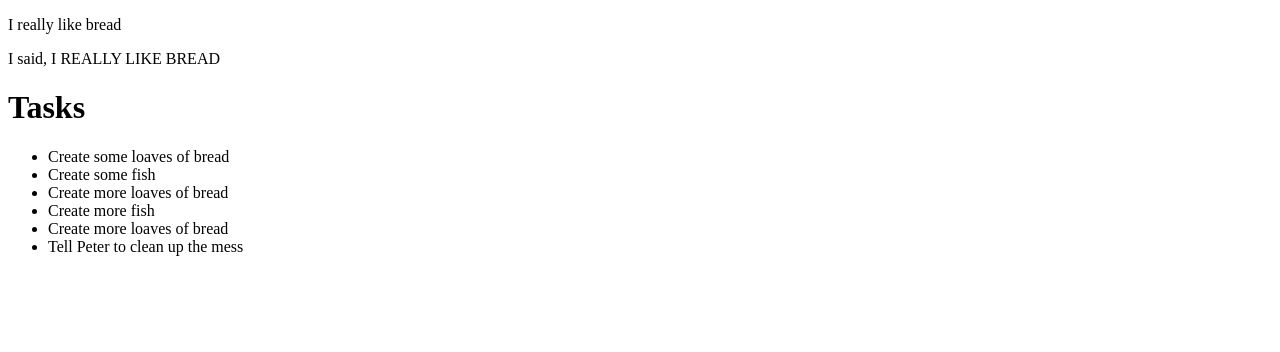
Repository: aedawes/cs260
Page: VueAssignments/lesson4/index.html
An editor plug-in stored every save of this project. The page is shown before and after the next save, followed by the edit.
The browser window is 1280 px wide. The pictures show the whole page.

Above is the page before, as saved 2022-02-24 21:57:56.

### VueAssignments/lesson4/index.html
<!DOCTYPE html>
<html>
    <head>

    </head>
    <body>
        <div id="root">
            <p> {{ message }}</p>
            <p>I said, {{ screaming }}</p>
            <h1>Tasks</h1>
            <ul>
                <li v-for="task in tasks" v-text="task.description"></li>
            </ul>
        </div>
        <script src="https://cdn.jsdelivr.net/npm/vue/dist/vue.js"></script>
        <script text="type/javascript" src="script.js"></script>
    </body>
</html>

### VueAssignments/lesson4/script.js
let app = new Vue({
    // bind it to the #root div in the DOM
    el: "#root",
    // provide data for bindings
    data: {
      message: 'I really like bread',
      tasks: [{
          description: "Create some loaves of bread",
          completed: true
        },
        {
          description: "Create some fish",
          completed: true
        },
        {
          description: "Create more loaves of bread",
          completed: false,
        },
        {
          description: "Create more fish",
          completed: false
        },
        {
          description: "Create more loaves of bread",
          completed: false
        },
        {
          description: "Tell Peter to clean up the mess",
          completed: false
        }
      ]
    },
    computed: {
      screaming() {
        return this.message.toUpperCase();
      },
    }
});

After the next save:
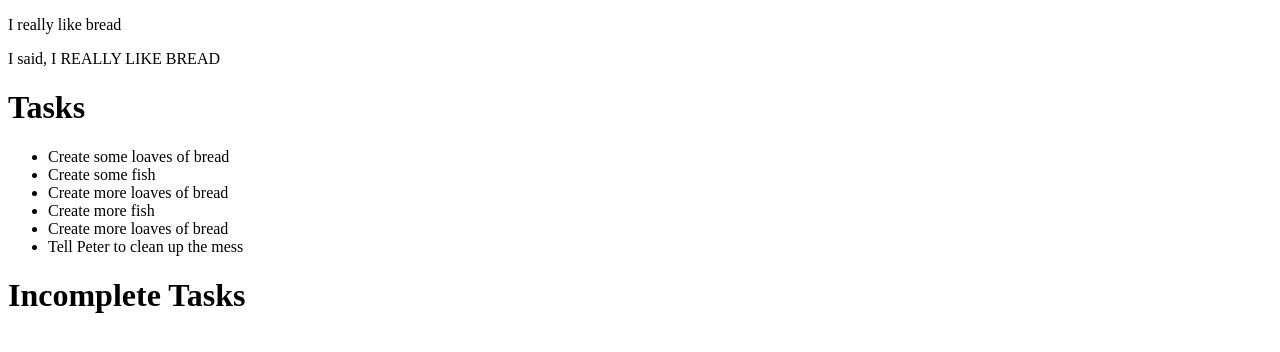
Saved 26 s later.
--- a/VueAssignments/lesson4/index.html
+++ b/VueAssignments/lesson4/index.html
@@ -11,6 +11,10 @@
             <ul>
                 <li v-for="task in tasks" v-text="task.description"></li>
             </ul>
+            <h1>Incomplete Tasks</h1>
+            <ul>
+                <li v-for="task in incompleteTasks" v-text="task.description"></li>
+            </ul>
         </div>
         <script src="https://cdn.jsdelivr.net/npm/vue/dist/vue.js"></script>
         <script text="type/javascript" src="script.js"></script>
